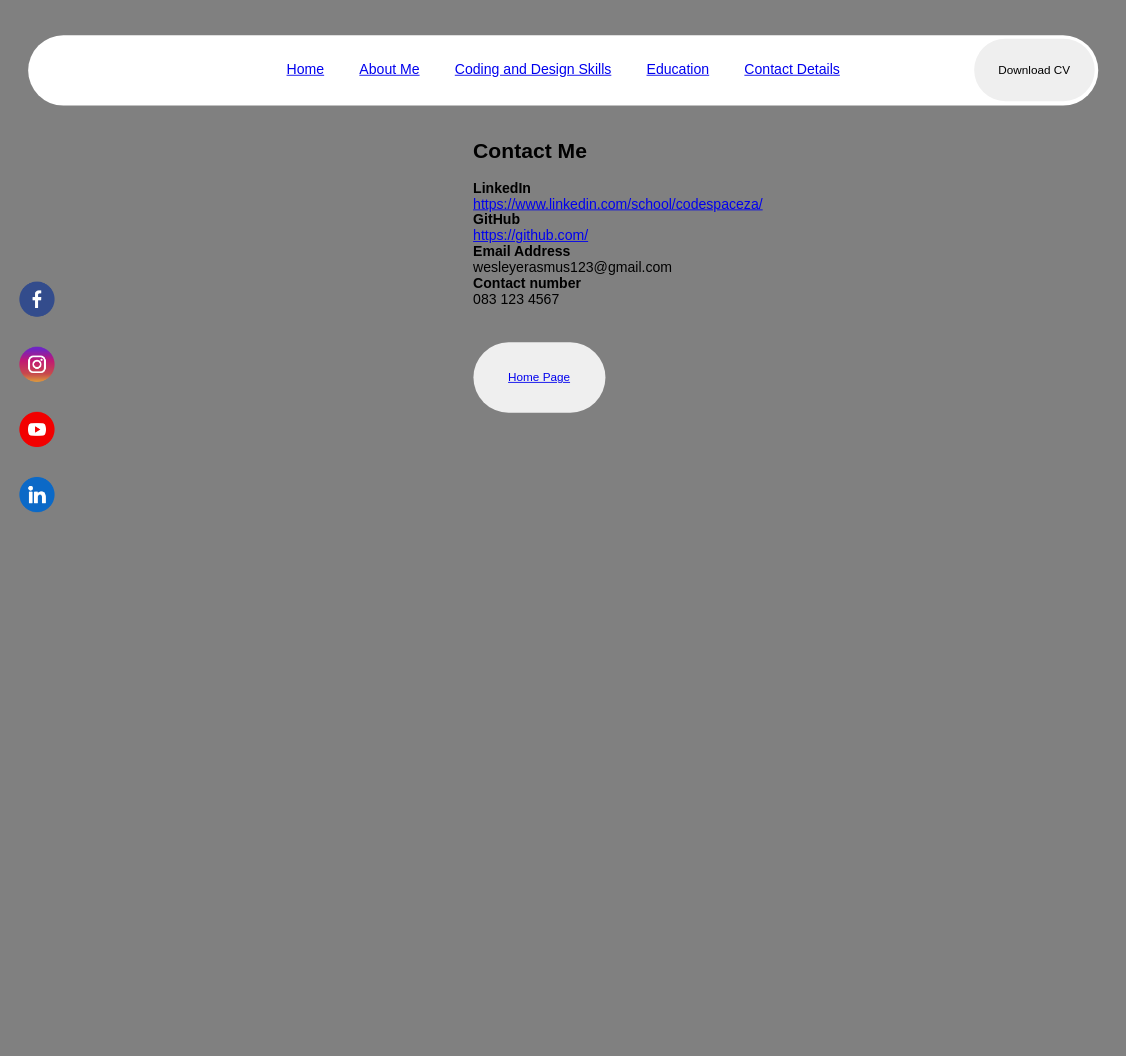
Repository: WesleyErasmus/MyDigitalResume-4
Page: contact.html
The author's editor kept a copy of each file at every save. The page is drawn from the files as they stood at one save, then again after the next save.
The browser window is 1280 px wide. The pictures show the whole page, at 88% of full size.

Above is the page before, as saved 2022-02-20 18:43:08.

### contact.html
<!DOCTYPE html>
<html lang="en">
<head>
    <meta charset="UTF-8">
    <meta http-equiv="X-UA-Compatible" content="IE=edge">
    <meta name="viewport" content="width=device-width, initial-scale=1.0">
    <title>Wesley Erasmus Digital Resume 4 Project</title>
    <link rel="stylesheet" href="contact.css">
</head>
<body>
    <body>
        <header class="nav-menu-top">
            <ul class="top-nav-menu-buttons">
                <li><a href="/index.html" target="">Home</a></li>
                <li><a href="/about.html" target="">About Me</a></li>
                <li><a href="/codingSkills.html" target="">Coding and Design Skills</a></li>
                <li><a href="/education.html" target="">Education</a></li>
                <li><a href="/contact.html" target="">Contact Details</a></li>
            </ul>
            <button id="download-cv">Download CV</button>
        </header>
        <aside class="self-portrait">
        </aside>
        <nav class="social-media-links">
            <ul class="social-media-links">
                <li><a href="https://www.facebook.com/codespaceza"><img src="/icons/facebook.png" alt="Facebook" width="40px" height="40px"></a></li>
                <li><a href="https://www.instagram.com/codespaceza/"><img src="icons/instagram.png" alt="Instagram" width="40px" height="40px"></a></li>
                <li><a href="https://www.youtube.com/channel/UCfmXJliguiwBv2QlRzWdrxA"><img src="icons/youtube.png" alt="YouTube" width="40px" height="40px"></a></li>
                <li><a href="https://www.linkedin.com/school/codespaceza/"><img src="icons/linkedin.png" alt="LinkedIn" width="40px" height="40px"></a></li>
            </ul>
            <!-- Here's a link  where you can find free icons : https://www.flaticon.com/premium-icon/twitter_4494477?related_id=4494465&origin=search -->
        </nav>
         <article>
             <h1 ID="title">Contact Me</h1>
            <div class="contact-details">
                <dl>
                    <h4>LinkedIn</h4>
                    <a href="https://www.linkedin.com/school/codespaceza/" target="_blank">https://www.linkedin.com/school/codespaceza/</a>
                    <h4>GitHub</h4>
                    <a href="https://github.com/" target="_blank">https://github.com/</a>
                    <h4>Email Address</h4>
                    <p>wesleyerasmus123@gmail.com</p>
                    <h4>Contact number</h4>
                    <p>083 123 4567</p>
                </dl>
            </div>
            <button class="next-page">
                <a href="/index.html" target="">Home Page</a>
            </button>
        </article>
    </body>
</body>
</html>

### contact.css
* {
    font-family: Arial, Helvetica, sans-serif;
    margin: 0;
    padding: 0;
}
body {
    background-color: grey;
    overflow:hidden;
}
header.nav-menu-top {
    position: relative;
    /* Positions explained in below link: https://developer.mozilla.org/en-US/docs/Web/CSS/position */
    text-align: center;
    margin: 0 auto;
    /* Margin: 0 auto can be used to center an object horizontally  */
    width: 95%;
    height: 80px;
    border-radius: 50px;
    margin-top: 40px;
    background-color: #fff;
}
ul.top-nav-menu-buttons{
    display: flex;
    justify-content: center;
    /* Positions explained in below link: https://css-tricks.com/snippets/css/a-guide-to-flexbox/ */
    padding: 30px;
}
.top-nav-menu-buttons li {
    margin: 0 20px 0 20px;
    list-style-type: none;
    text-align: center;
}
button#download-cv {
    position: relative;
    float: right;
    top: -74px;
    right: 4px;
    padding: 28px;
    border-radius: 50px;
    border: NONE;
}
aside.self-portrait {
    z-index: -1;
    /* z-index explained in below link:
     https://developer.mozilla.org/en-US/docs/Web/CSS/z-index */
    position: absolute;
    top: 0;
    left: 0;
    height: 1200px;
    width: 40%;
}
nav.social-media-links {
    position: relative;
    height: 390px;
    width: 50px;
    float: left;
    top: 150px;
    left: 17px;
    border-radius: 0 15px 15px 0;
}
ul.social-media-links{
    padding: 50px 5px 5px 5px;
    text-align: center;
    display: flex;
    flex-direction: column;

}
.social-media-links li{
    margin-bottom: 30px;
    list-style-type: none;
}

article {
    width: 50%;
    left: 41%;
    position: absolute;
    height: 500px;
    top: 20vh;
    padding: 1%;
}
h1#title {
    margin-bottom: 20px;
}
button.next-page {
    margin-top: 40px;
    width: 150px ;
    height: 80px ;
    border-radius: 50px;
    border: none;
}

After the next save:
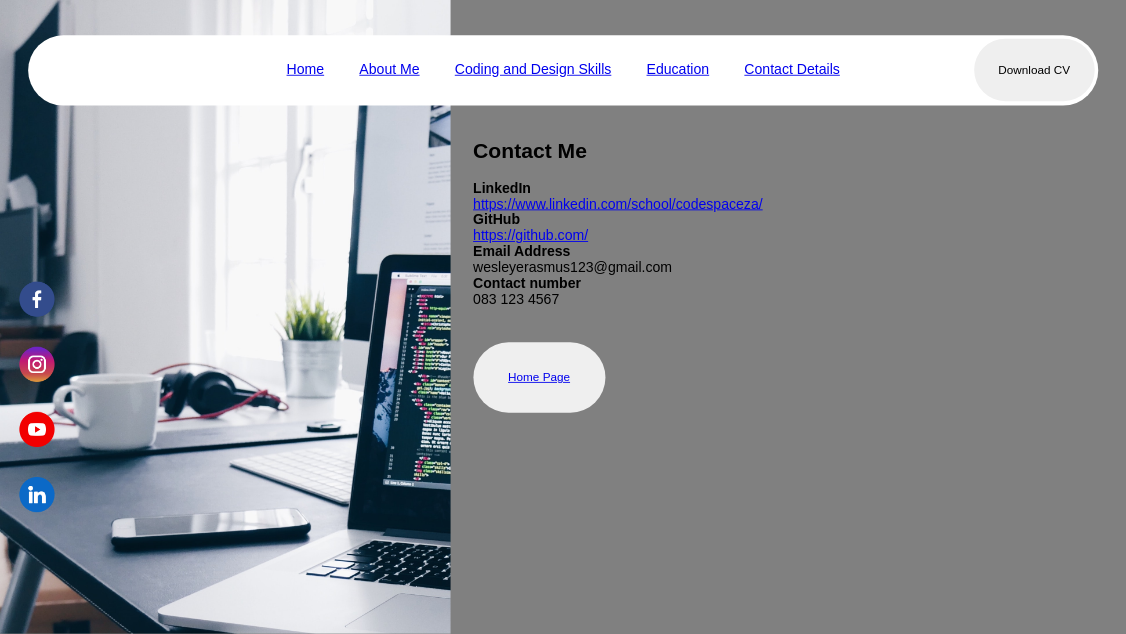
Saved 9 s later.
--- a/contact.css
+++ b/contact.css
@@ -46,8 +46,11 @@ aside.self-portrait {
     position: absolute;
     top: 0;
     left: 0;
-    height: 1200px;
+    height: 100%;
     width: 40%;
+    background-image: url(/backgroundImage/coding-2.jpg);
+    background-repeat: no-repeat;
+    background-size: 250%;
 }
 nav.social-media-links {
     position: relative;
